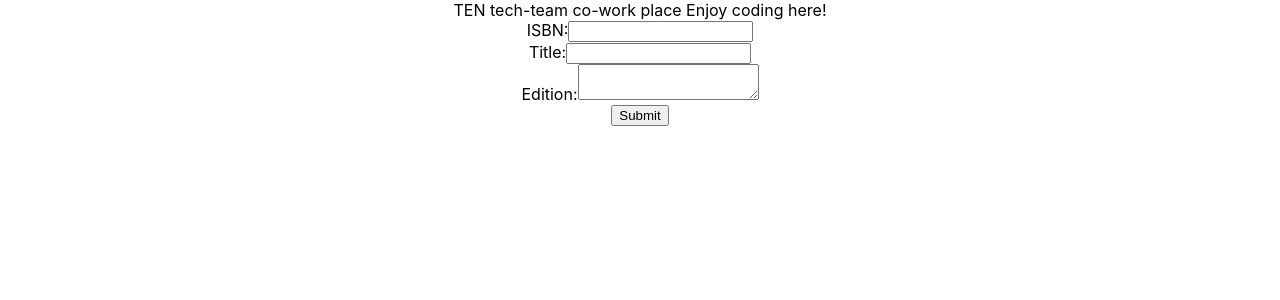
Repository: HongjieWang98/TEN-techteam-coworking
Page: /
These files come from the project's save history. The page is drawn as it stood at one moment and after the next save; the edit follows.
The browser window is 1280 px wide. The pictures show the whole page.
The project was rebuilt for these pictures with package versions that can differ from the ones it lists, and the page was loaded fresh each time.

Above is the page before, as saved 2023-07-19 16:08:36.

After the next save:
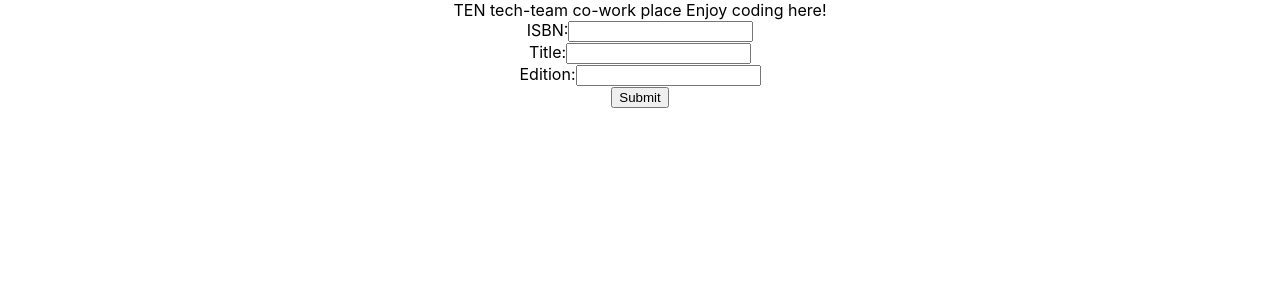
Saved 3 h 21 min later.
--- a/src/CreateListing.js
+++ b/src/CreateListing.js
@@ -60,7 +60,7 @@ const ApplicationForm = () => {
       </div>
       <div>
         <label htmlFor="Edition">Edition:</label>
-        <textarea
+        <input
           id="edition"
           name="edition"
           value={formData.edition}
